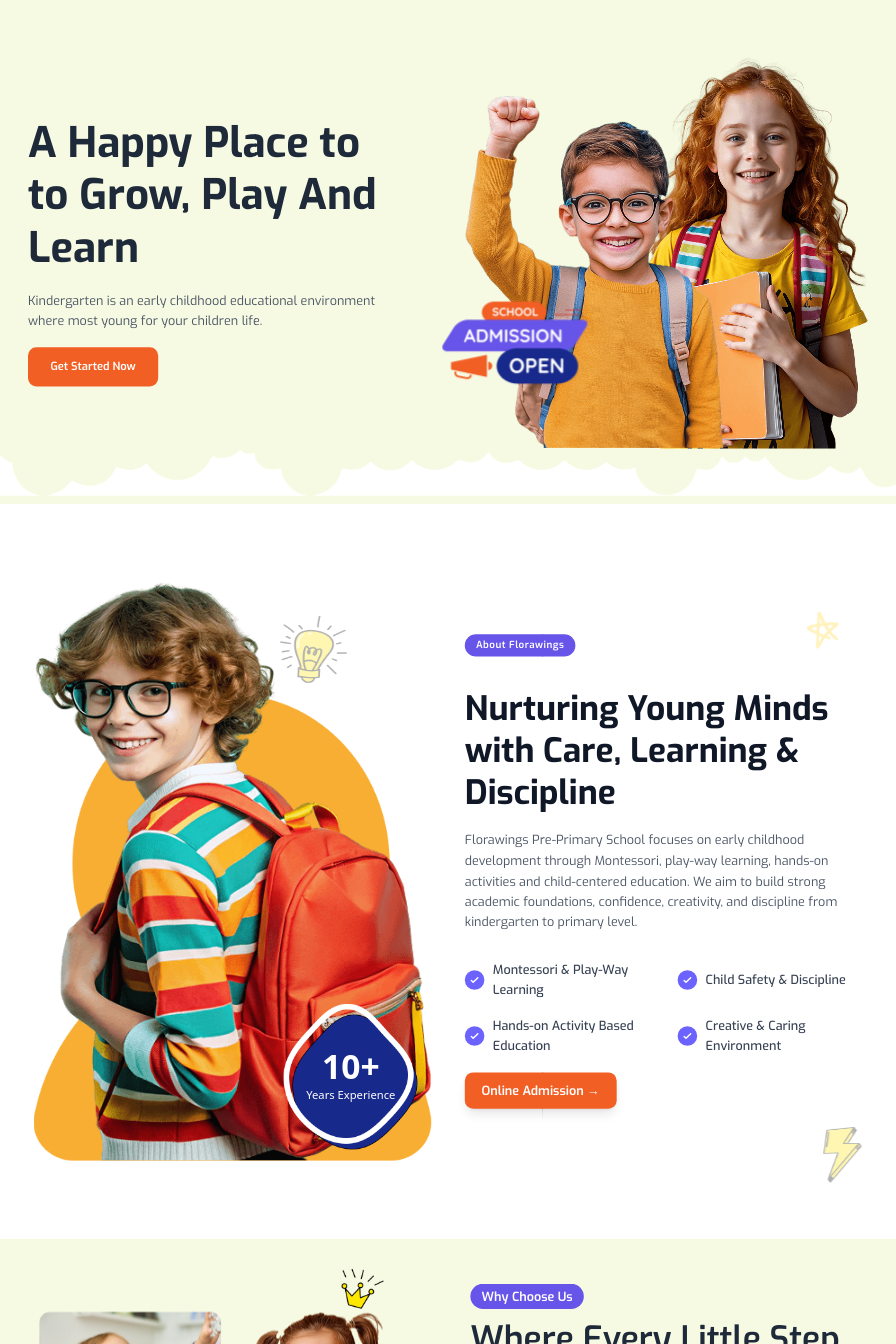
Repository: deepak445566/school
Page: / (app in okwork/)
An editor plug-in stored every save of this project. The page is shown before and after a run of saves, followed by the edit.
The browser window is 1280 px wide. The pictures show the part of the page from y = 0 to 1920 px (the page is 4844 px tall), at 70% of full size.
Some web fonts or font styles are not loaded; a fallback is used. The project was rebuilt for these pictures with package versions that can differ from the ones it lists, and the page was loaded fresh each time. Some packages were replaced by stand-ins written for this rebuild. Also part of the build but not shown: okwork/vite.config.js.

Above is the page before, as saved 2026-02-18 20:39:11.

After the next 2 saves:
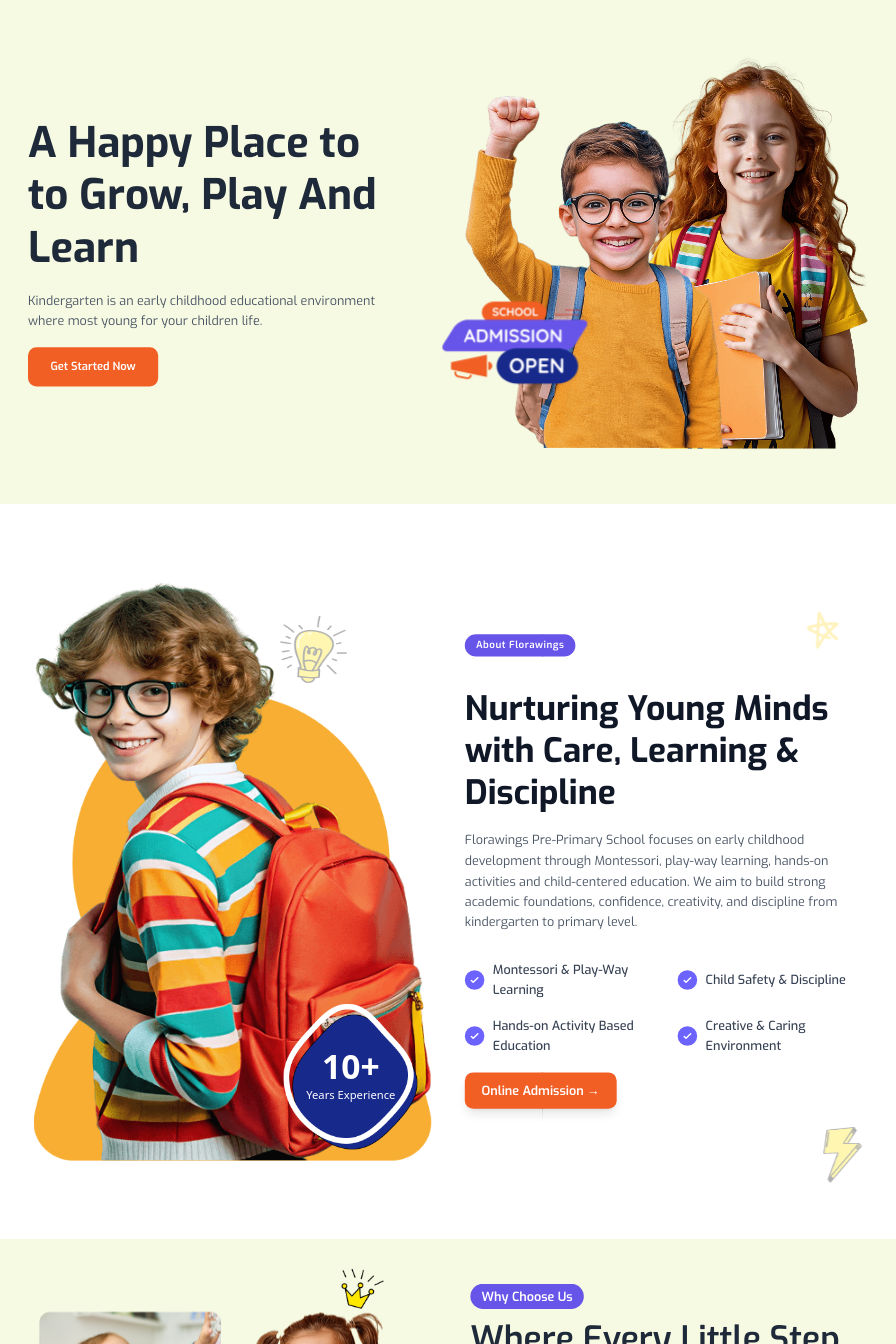
The 2 saves are shown as one change because they came seconds apart.
The last was saved 7 s later.
--- a/okwork/src/components/WhyChooseUs.jsx
+++ b/okwork/src/components/WhyChooseUs.jsx
@@ -118,10 +118,9 @@
         </div>
 
       </div>
-       <div className=" absolute bottom-3  z-1000">
-          <img src="/images/hero-line.png" className="w-full"/>
-        </div>
+
     </div>
+
   );
 };
 

After the save that followed:
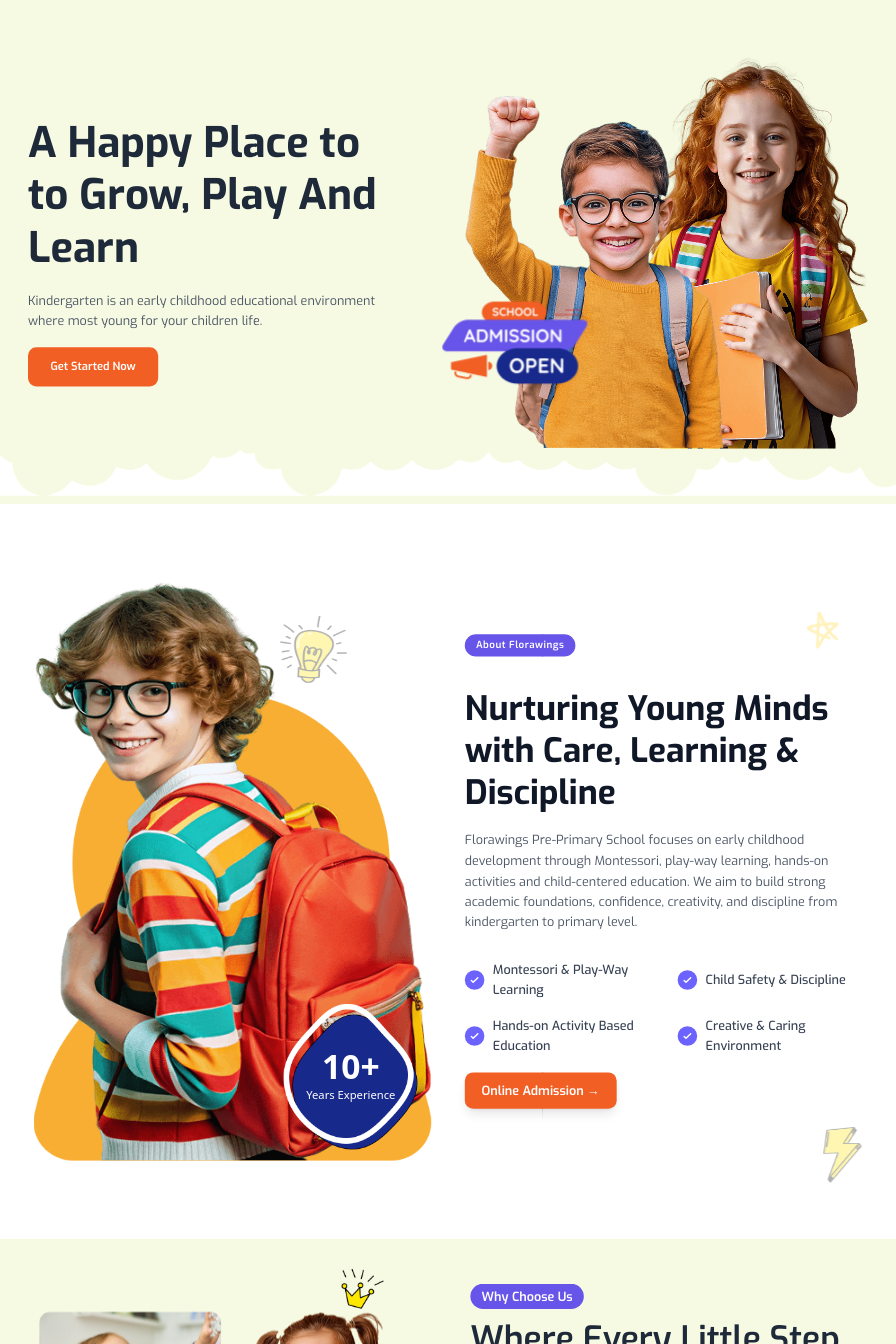
Saved 12 s later.
--- a/okwork/src/components/WhyChooseUs.jsx
+++ b/okwork/src/components/WhyChooseUs.jsx
@@ -118,6 +118,9 @@
         </div>
 
       </div>
+       <div className=" absolute bottom-3  z-1000">
+          <img src="/images/hero-line.png" className="w-full"/>
+        </div>
 
     </div>
 
